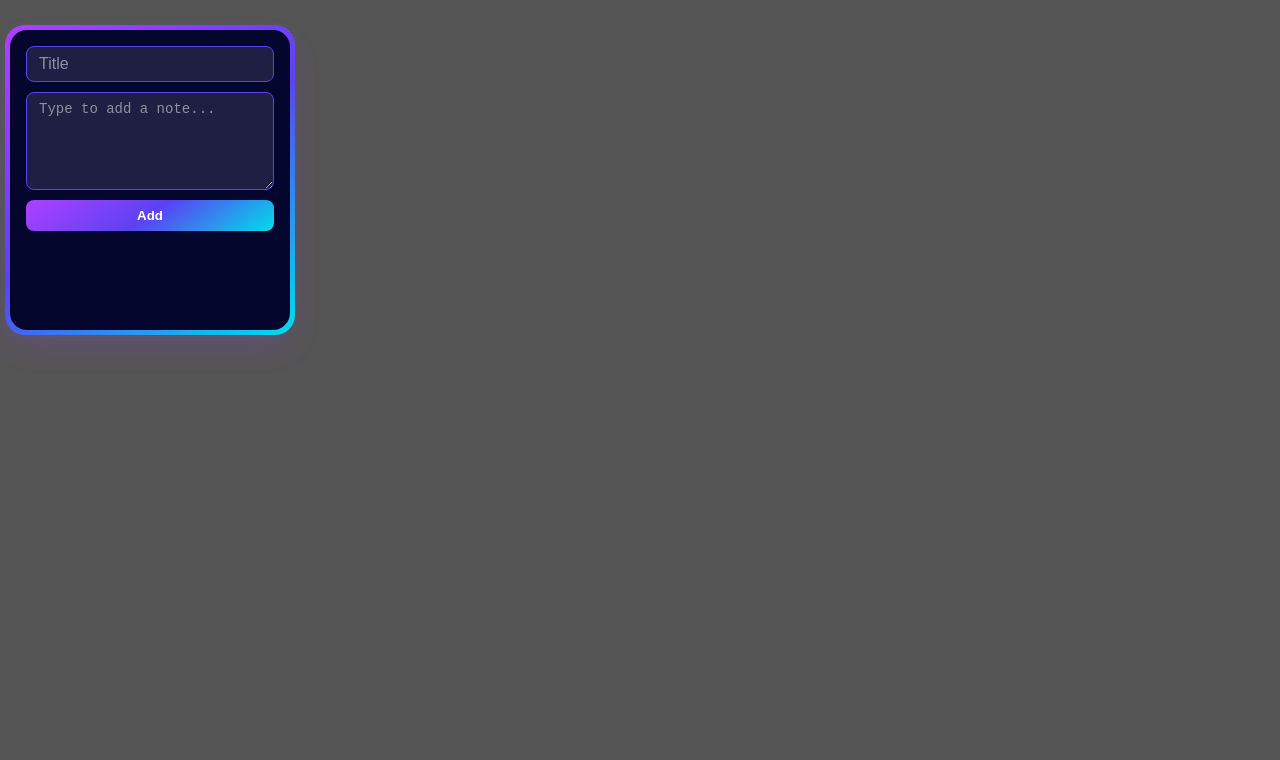
Repository: AJANI2005/Notes-App
Page: /
An editor plug-in stored every save of this project. The page is shown before and after a run of saves, followed by the edit.
The browser window is 1280 px wide. The pictures show the whole page.
The project was rebuilt for these pictures with package versions that can differ from the ones it lists, and the page was loaded fresh each time. Also part of the build but not shown: vite.config.ts, src/style/dialogbox.css, src/DialogBox.tsx.

Above is the page before, as saved 2025-07-31 18:41:04.

### src/index.css
:root {
  font-family: system-ui, Avenir, Helvetica, Arial, sans-serif;
  font-synthesis: none;
  text-rendering: optimizeLegibility;
  -webkit-font-smoothing: antialiased;
  -moz-osx-font-smoothing: grayscale;
}

### src/App.tsx
import { useEffect, useState } from 'react';

// styles
import "./App.css"
import "./style/note.css"
import DialogBox from './DialogBox';


interface Note {
  id: number
  title: string;
  text: string;
}

const Note = () => {
  const [text, setText] = useState('');
  const [title, setTitle] = useState('');


  //Initialize Local Storage
  useEffect(() => {
    if (!localStorage.getItem("notes")) {
      localStorage.setItem("notes", JSON.stringify([]))
    }
    if (localStorage.getItem("title")) {
      setTitle(JSON.parse(localStorage.getItem("title")!))
    }
    if (localStorage.getItem("text")) {
      setText(JSON.parse(localStorage.getItem("text")!))
    }
  }, [])

  // Store Current Data (On Refresh)
  useEffect(() => {
    if (text === '' && title === '') return
    localStorage.setItem("title", JSON.stringify(title))
    localStorage.setItem("text", JSON.stringify(text))
  }, [text, title])

  const createNote = () => {
    const note = {
      id: Date.now(),
      title: title,
      text: text
    } as Note

    // add note
    const notes = JSON.parse(localStorage.getItem("notes")!)
    notes.push(note)
    localStorage.setItem("notes", JSON.stringify(notes))

    // reset state
    setTitle("")
    setText("")
    localStorage.setItem("title", JSON.stringify(""))
    localStorage.setItem("text", JSON.stringify(""))
  }

  return (
    <form className='note'>
      <div className="note-content">
        <input
          value={title}
          placeholder='Title'
          onChange={(e) => setTitle(e.target.value)}
          type="text" className='note-title-input' />
        <textarea
          value={text}
          onChange={(e) => setText(e.target.value)}
          className='note-input'
          placeholder='Type to add a note...'></textarea>
        <button className='addBtn' onClick={createNote}>Add</button>
      </div>

    </form>
  )
}

function App() {

  const [notes, setNotes] = useState([]);



  const [editing, setEditing] = useState(false);
  const [currentNote, setCurrentNote] = useState<Note | undefined>(undefined);


  //Initialize Local Storage
  useEffect(() => {
    if (localStorage.getItem("notes")) {
      setNotes(JSON.parse(localStorage.getItem("notes")!))
    }
  }, [])

  //Save current note
  const saveNote = () => {
    const notes = JSON.parse(localStorage.getItem("notes")!)
    const index = notes.findIndex((note: Note) => note.id === currentNote?.id)
    notes[index] = currentNote
    localStorage.setItem("notes", JSON.stringify(notes))
    setEditing(false)
    // refresh
    window.location.reload()
  }
  //Delete note
  const deleteNote = () => {
    const notes = JSON.parse(localStorage.getItem("notes")!)
    const index = notes.findIndex((note: Note) => note.id === currentNote?.id)
    notes.splice(index, 1)
    localStorage.setItem("notes", JSON.stringify(notes))
    setEditing(false)
    // refresh
    window.location.reload()
  }

  return (
    <div className='app'>
      <Note />
      {/* Display Notes */}
      <div className='notes-grid'>
        {notes.map((note: Note, index) => (
          <div key={index} className='note'>
            <div className='note-content'>
              <h2 className='note-title'>{note.title}</h2>
              <p className='note-text'>{note.text}</p>
              <button className='deleteBtn'
                onClick={deleteNote}>✖</button>
              <button className='editBtn' onClick={() => {
                setEditing(true);
                setCurrentNote(note);
              }}
              >📝</button>
            </div>
          </div>))}
      </div>

      {/* Edit Dialog Box */}
      <DialogBox isOpen={editing} onClose={() => setEditing(false)}>
        <form className='note'>
          <div className='note-content'>
            <input
              value={currentNote?.title}
              placeholder='Title'
              onChange={(e) => setCurrentNote({ ...currentNote, title: e.target.value } as Note)}
              type="text" className='note-title-input' />

            <textarea
              value={currentNote?.text}
              onChange={(e) => setCurrentNote({ ...currentNote, text: e.target.value } as Note)}
              className='note-input'
              placeholder='Type to add a note...'></textarea>

            <button className='addBtn' onClick={() => {
              saveNote()
              setEditing(false)
            }}>Save</button>
          </div>
        </form>
      </DialogBox>
    </div>
  )
}

export default App

### src/App.css
body {
    margin: 0;
    font-family: 'Inter', sans-serif;
    min-height: 100vh;
    padding: 20px 0;
    background-color: #555;
    color: white;
}

### src/style/note.css
/* Outer Note Card - gradient like .card */
.note {
  display: flex;
  flex-direction: column;
  padding: 5px; /* leave room for inner card content */
  width: 280px;
  height: 300px; /* optional fixed height for card-like look */
  border-radius: 20px;
  background-image: linear-gradient(144deg, #AF40FF, #5B42F3 50%, #00DDEB);
  box-shadow: rgba(151, 65, 252, 0.2) 0 15px 30px -5px;
  margin:5px;
  position: relative;
  transition: transform 0.2s ease;
}

.note:hover {
  transform: translateY(-3px);
}

/* Inner dark content like .card__content */
.note-content {
  background: rgb(5, 6, 45); /* dark inner content */
  border-radius: 17px;
  flex: 1;
  padding: 16px;
  display: flex;
  flex-direction: column;
  gap: 10px;
  padding-bottom: 50px; /* make space for delete/edit buttons */
  color: white;
  position: relative;
}

/* Title input */
.note-title-input {
  padding: 8px 12px;
  font-size: 16px;
  font-weight: 500;
  border-radius: 8px;
  border: 1px solid #5B42F3;
  background: rgba(255,255,255,0.1);
  color: white;
  outline: none;
  transition: 0.2s;
}

.note-title-input::placeholder {
  color: rgba(255,255,255,0.5);
}

.note-title-input:focus {
  border-color: #00DDEB;
}

/* Textarea input */
.note-input {
  min-height: 80px;
  resize: vertical;
  padding: 8px 12px;
  font-size: 14px;
  border-radius: 8px;
  border: 1px solid #5B42F3;
  background: rgba(255,255,255,0.1);
  color: white;
  outline: none;
  transition: 0.2s;
}

.note-input::placeholder {
  color: rgba(255,255,255,0.5);
}

.note-input:focus {
  border-color: #00DDEB;
}

/* Add Button - matches gradient theme */
.addBtn {
  background-image: linear-gradient(144deg, #AF40FF, #5B42F3 50%, #00DDEB);
  color: white;
  border: none;
  padding: 8px 12px;
  border-radius: 8px;
  font-weight: 600;
  cursor: pointer;
  transition: transform 0.2s ease;
}

.addBtn:hover {
  transform: scale(1.05);
}

/* Delete and Edit Buttons */
.deleteBtn,
.editBtn {
  position: absolute;
  bottom: 12px;
  border: none;
  padding: 6px 10px;
  font-size: 14px;
  border-radius: 6px;
  cursor: pointer;
  color: white;
  transition: transform 0.2s ease, background-color 0.2s ease;
}

.deleteBtn {
  left: 12px;
  background-color: #ff6b6b;
}

.deleteBtn:hover {
  background-color: #e63946;
  transform: scale(1.05);
}

.editBtn {
  left: 65px;
  background-color: #4ff10f;
  color: #111;
}

.editBtn:hover {
  background-color: #49d611;
  transform: scale(1.05);
}

/* Title of the note */
.note-title {
  font-size: 18px;
  font-weight: 600;
  color: white;
  margin-bottom: 8px;
}

/* Text content of the note */
.note-text {
  font-size: 14px;
  color: rgba(255,255,255,0.85);
  line-height: 1.5;
  white-space: pre-wrap; /* respect \n */
}

/* Grid for all notes */
.notes-grid {
  display: grid;
  grid-template-columns: repeat(auto-fill, minmax(250px, 1fr));
  gap: 20px;
  padding: 20px;
  justify-items: center;
}

Loaded but not shown: index.html (common file); src/main.tsx (common file)

After the next 4 saves:
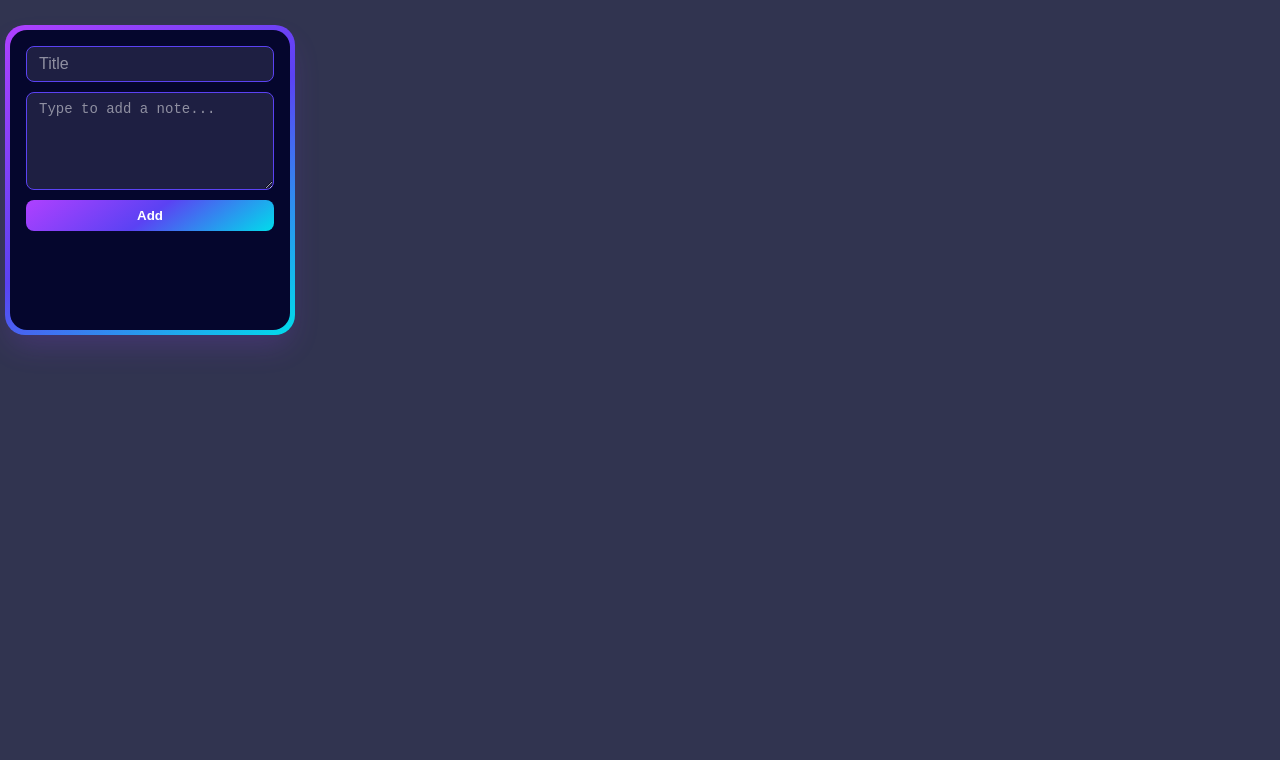
The 4 saves are shown as one change because they came seconds apart.
The last was saved 10 s later.
--- a/src/App.css
+++ b/src/App.css
@@ -3,6 +3,6 @@ body {
     font-family: 'Inter', sans-serif;
     min-height: 100vh;
     padding: 20px 0;
-    background-color: #555;
+    background-color: #313450;
     color: white;
 }
